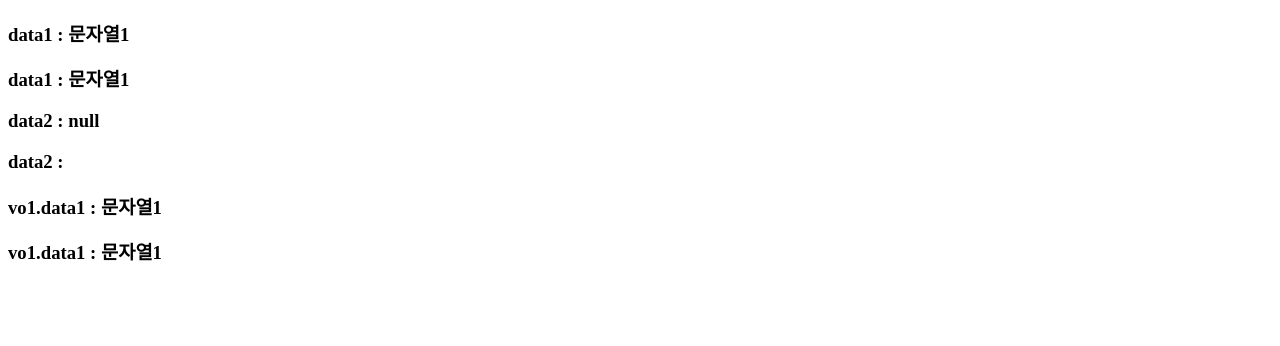
Repository: 2nho/personal-study
Page: http://localhost/ExWebPrj1/elexample1.jsp
An editor plug-in stored every save of this project. The page is shown before and after the next save, followed by the edit.
The browser window is 1280 px wide. The pictures show the whole page.
The page is served by Tomcat 9.

Above is the page before, as saved 2021-12-30 08:01:46.

### Java/workspace/ExWebPrj1/src/main/webapp/elexample1.jsp
<%@page import="kr.co.goodee39.vo.DataVO"%>
<%@ page language="java" contentType="text/html; charset=UTF-8"
    pageEncoding="UTF-8"%>
<%
	request.setAttribute("data1", "문자열1");

	DataVO vo1 = new DataVO();
	vo1.setData1("문자열1");
	vo1.setData2("문자열2");

	request.setAttribute("vo1", vo1);
%>
<!DOCTYPE html>
<html>
<head>
<meta charset="UTF-8">
<title>Insert title here</title>
</head>
<body>
	<h3>data1 : <%=request.getAttribute("data1") %></h3>
	<h3>data1 : ${data1}</h3>
	<h3>data2 : <%=request.getAttribute("data2") %></h3>
	<h3>data2 : ${data2}</h3>
	<h3>vo1.data1 : <%=((DataVO)request.getAttribute("vo1")).getData1()%></h3>
	<h3>vo1.data1 : ${vo1.data1}</h3>
</body>
</html>

### Java/workspace/ExWebPrj1/src/main/java/kr/co/goodee39/vo/DataVO.java
package kr.co.goodee39.vo;

public class DataVO {
	private String data1;
	private String data2;
	public String getData1() {
		return data1;
	}
	public void setData1(String data1) {
		this.data1 = data1;
	}
	public String getData2() {
		return data2;
	}
	public void setData2(String data2) {
		this.data2 = data2;
	}


}

After the next save:
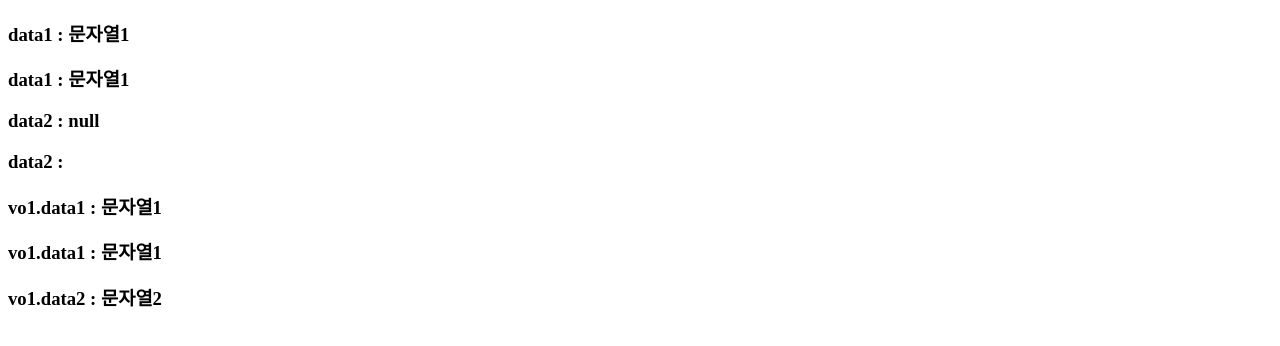
Saved 41 s later.
--- a/Java/workspace/ExWebPrj1/src/main/webapp/elexample1.jsp
+++ b/Java/workspace/ExWebPrj1/src/main/webapp/elexample1.jsp
@@ -23,5 +23,6 @@
 	<h3>data2 : ${data2}</h3>
 	<h3>vo1.data1 : <%=((DataVO)request.getAttribute("vo1")).getData1()%></h3>
 	<h3>vo1.data1 : ${vo1.data1}</h3>
+	<h3>vo1.data2 : ${vo1.data2}</h3>
 </body>
 </html>
